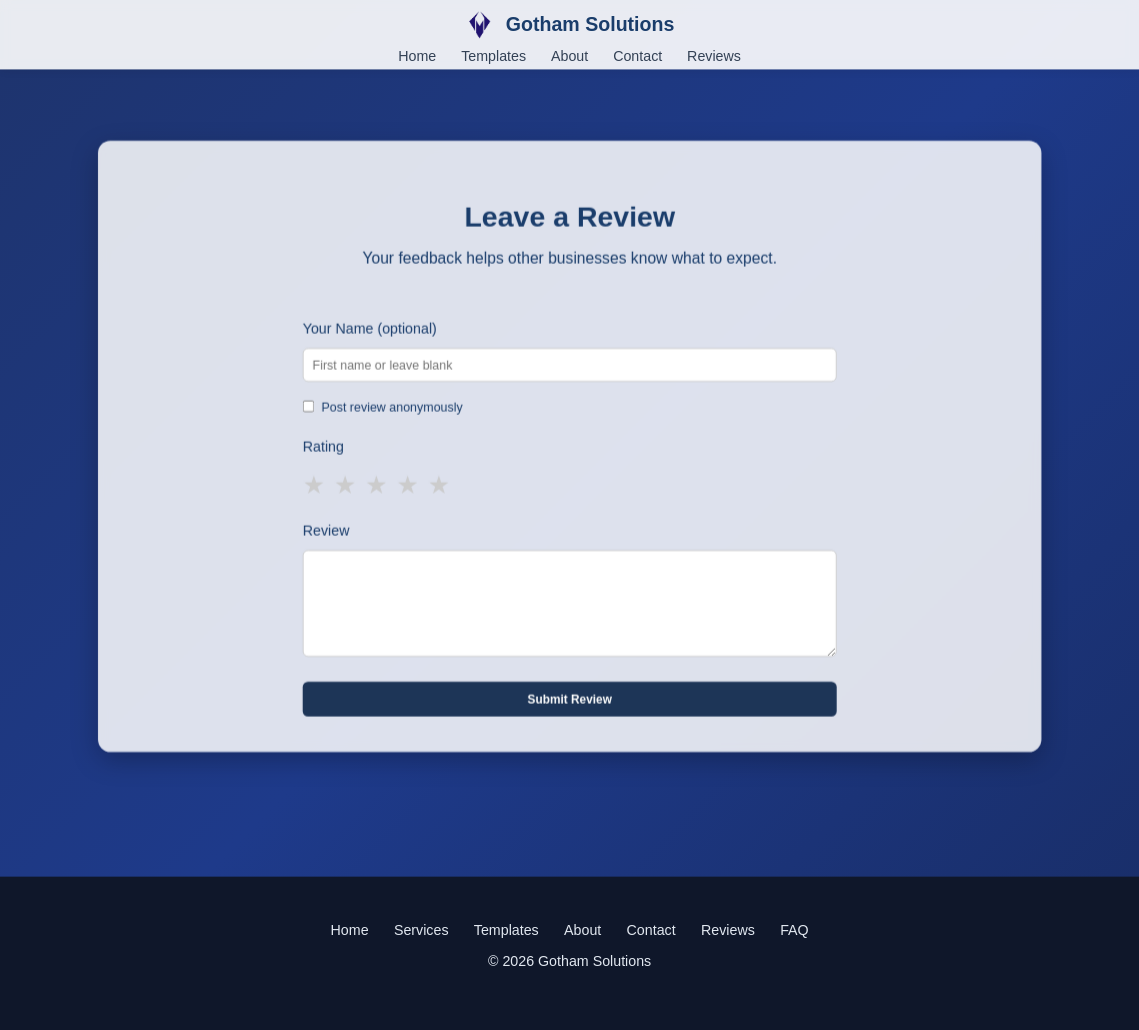
Repository: kmm569/gothamsolutions
Page: reviews/new/index.html
An editor plug-in stored every save of this project. The page is shown before and after the next save, followed by the edit.
The browser window is 1280 px wide. The pictures show the whole page, at 89% of full size.

Above is the page before, as saved 2026-03-13 14:46:42.
Console error: TypeError: Cannot set properties of null (setting 'innerText')

### reviews/new/index.html
<!doctype html>
<html lang="en">
	<head>
		<meta charset="UTF-8" />
		<title>Leave a Review | Gotham Solutions</title>
		<link rel="stylesheet" href="../../styles.css" />
		<link rel="icon" href="../../icons/favicon.ico" />
	</head>

	<body>
		<header>
			<div class="logo-container">
				<img
					href="/"
					src="../../LogoSolo.png"
					alt="Gotham Solutions Logo"
					class="logo"
				/>
				<h1>Gotham Solutions</h1>
			</div>

			<nav>
				<ul>
					<li><a href="/" class="nav-link">Home</a></li>
					<li><a href="/templates/" class="nav-link">Templates</a></li>
					<li><a href="/about/" class="nav-link">About</a></li>
					<li><a href="/contact/" class="nav-link">Contact</a></li>
					<li><a href="/reviews/" class="nav-link">Reviews</a></li>
				</ul>
			</nav>
		</header>

		<main>
			<div class="content-wrapper">
				<section class="hero">
					<h2>Leave a Review</h2>
					<p class="hero-text">
						Your feedback helps other businesses know what to expect.
					</p>
				</section>

				<p id="invoiceLabel"></p>

				<form class="review-form" id="reviewForm">
					<label>Your Name (optional)</label>
<input type="text" id="name" placeholder="First name or leave blank">
<label class="anon-option">
	<input type="checkbox" id="anonymous">
	Post review anonymously
</label>

					<label>Rating</label>

					<div class="star-rating" id="starRating">
						<span data-value="1">★</span>
						<span data-value="2">★</span>
						<span data-value="3">★</span>
						<span data-value="4">★</span>
						<span data-value="5">★</span>
					</div>

					<input type="hidden" id="rating" value="" />

					<label>Review</label>
					<textarea id="review" required></textarea>

					<button type="submit">Submit Review</button>
				</form>
			</div>
		</main>

		<footer>
	<div class="footer-inner">

		<nav class="footer-nav">
			<a href="/">Home</a>
			<a href="/services/">Services</a>
			<a href="/templates/">Templates</a>
			<a href="/about/">About</a>
			<a href="/contact/">Contact</a>
			<a href="/reviews/">Reviews</a>
			<a href="/faq/">FAQ</a>
		</nav>

		<p>&copy; 2026 Gotham Solutions</p>

	</div>
</footer>

		<script>
			const API =
				"https://script.google.com/macros/s/AKfycbwKmVo3ZUbQQKJZX6465AFCs7X93Y6zOUUWhPNcIFCREsZjv8862jFix98XCnKtpo5Diw/exec";

			const params = new URLSearchParams(window.location.search);
			const token = params.get("token");

			//document.getElementById("token").value = token;

			async function validateToken() {
				if (!token) {
					document.getElementById("status").innerText =
						"This review link is missing a token.";
					document.querySelector(".review-form").style.display = "none";
					return;
				}

				const res = await fetch(API + "?action=validate&token=" + token);
				const data = await res.json();

				if (!data.valid) {
					document.getElementById("status").innerText =
						"This review link is invalid or already used.";

					document.querySelector(".review-form").style.display = "none";
				} else {
					document.getElementById("status").innerText =
						"Submitting review for invoice " + data.invoice;
				}
			}

			validateToken();

			const form = document.querySelector(".review-form");

			form.addEventListener("submit", async function (e) {
				e.preventDefault();

				if (!ratingInput.value) {
	alert("Please select a rating.");
	return;
}
const nameInput = document.getElementById("name").value.trim();
const anonymous = document.getElementById("anonymous").checked;

let displayName = "Anonymous Client";

if(!anonymous && nameInput){
	displayName = nameInput;
}

				const payload = {
					token: token,
					name: displayName,
					rating: document.getElementById("rating").value,
					review: document.getElementById("review").value,
				};

				const response = await fetch(API, {
					method: "POST",
					body: new URLSearchParams(payload),
				});

				const text = await response.text();

				if (text === "success") {
					document.querySelector(".content-wrapper").innerHTML = `
			<h2>Thank you for your review!</h2>
			<p>Your feedback helps other businesses know what to expect.</p>
			<a class="button-primary" href="/reviews">View Reviews</a>
		`;
				} else {
					alert("Invalid or already-used review link.");
				}
			});

			/*const header = document.querySelector("header");

			let isShrunk = false;

			const shrinkPoint = 10;
			const expandPoint = 2;

			window.addEventListener("scroll", () => {
				const scroll = window.scrollY;

				if (!isShrunk && scroll > shrinkPoint) {
					header.classList.add("scrolled");
					isShrunk = true;
				}

				if (isShrunk && scroll < expandPoint) {
					header.classList.remove("scrolled");
					isShrunk = false;
				}
			});*/

			window.addEventListener("load", () => {
				if (window.scrollY > shrinkPoint) {
					header.classList.add("scrolled");
					isShrunk = true;
				}
			});

			const stars = document.querySelectorAll("#starRating span");
			const ratingInput = document.getElementById("rating");

			let currentRating = 0;

			function paintStars(rating) {
				stars.forEach((star) => {
					const value = Number(star.dataset.value);

					if (value <= rating) {
						star.classList.add("active");
					} else {
						star.classList.remove("active");
					}
				});
			}

			paintStars(currentRating);

			stars.forEach((star) => {
				star.addEventListener("mouseover", () => {
					paintStars(star.dataset.value);
				});

				star.addEventListener("mouseout", () => {
					paintStars(currentRating);
				});

				star.addEventListener("click", () => {
					currentRating = Number(star.dataset.value);
					ratingInput.value = currentRating;
					paintStars(currentRating);
				});
			});

			const anonCheckbox = document.getElementById("anonymous");
const nameField = document.getElementById("name");

anonCheckbox.addEventListener("change", () => {

	if(anonCheckbox.checked){

		nameField.disabled = true;
		nameField.value = "";
		nameField.placeholder = "Anonymous review";

	}else{

		nameField.disabled = false;
		nameField.placeholder = "First name or leave blank";

	}

});
		</script>
	</body>
</html>

### styles.css
*,
*::before,
*::after {
	box-sizing: border-box;
}

body {
	background: #ffffff;
	color: #1a3d6b;
	font-family: Arial, sans-serif;
	margin: 0;
	padding: 0;
	display: flex;
	flex-direction: column;
	min-height: 100vh;
}

header{
	position:sticky;
	top:0;
	z-index:100;

	display:flex;
	flex-direction:column;
	align-items:center;
	justify-content:center;

	height:78px;

	padding:6px 20px;

	background:rgba(255,255,255,0.9);
	backdrop-filter:blur(6px);

	box-shadow:0 2px 10px rgba(0,0,0,0.08);
}

.logo-container{
	display:flex;
	align-items:center;
	gap:12px;

	height:44px;
	overflow:hidden;

	transition:max-height .25s ease, opacity .2s ease, transform .25s ease;
}

/* compact header when scrolling
header.scrolled {
	padding: 10px 20px;
	box-shadow: 0 6px 18px rgba(0, 0, 0, 0.15);
}*/


header.scrolled .logo-container {
	max-height: 0;
	opacity: 0;
	transform: translateY(-10px);
}


@media (max-width: 600px) {
	header {
		padding: 16px 12px;
	}
}

header h1{
	font-size:22px;
	margin:0;
}

.logo{
	height:34px;
	width:auto;
}

nav ul{
	display:flex;
	gap:28px;
	list-style:none;
	padding:0;
	margin:4px 0 0 0;
}

.nav-link {
	text-decoration: none;

	color: #334155;
	font-weight: 500;

	position: relative;

	transition: color 0.2s ease;
}

.nav-link:hover {
	color: #2563eb;
}

.nav-link::after {
	content: "";

	position: absolute;
	left: 0;
	bottom: -4px;

	width: 0;
	height: 2px;

	background: #2563eb;

	transition: width 0.2s ease;
}

.nav-link:hover::after {
	width: 100%;
}

main {
	flex: 1;
	padding: 40px 20px;
	width: 100%;
	max-width: 1100px;
	margin: 0 auto;
}

/* HERO */

.hero {
	text-align: center;
	margin-bottom: 50px;
}

.hero h2 {
	font-size: 2em;
	margin-bottom: 15px;
}

.hero-text {
	max-width: 650px;
	margin: auto;
	font-size: 1.1em;
	line-height: 1.5;
}

.hero-sub {
	margin-top: 0.75rem;
	font-size: 0.95rem;
	color: #5a6b82;
}

@media (max-width: 600px) {
	.hero-text {
		max-width: 100%;
		padding: 0 6px;
	}
}

.hero-buttons {
	margin-top: 20px;
	display: flex;
	gap: 15px;
	justify-content: center;
	flex-wrap: wrap;
}

/* BUTTONS */

.button-primary {
	background: #1a3d6b;
	color: white;
	padding: 12px 24px;
	border-radius: 8px;
	text-decoration: none;
	font-weight: bold;
}

.button-secondary {
	background: #16a085;
	color: white;
	padding: 12px 24px;
	border-radius: 8px;
	text-decoration: none;
	font-weight: bold;
}

@media (max-width: 600px) {
	.button-primary,
	.button-secondary {
		padding: 10px 18px;
		font-size: 0.95em;
	}
}

/* SERVICES */

.services {
	margin-bottom: 50px;
	margin-top: 0;
	padding-top: 1rem;
}

.services h2 {
	text-align: center;
	margin-bottom: 25px;
}

.service-grid {
	display: grid;
	grid-template-columns: repeat(auto-fit, minmax(220px, 1fr));
	gap: 20px;
}

@media (max-width: 600px) {
	.service-grid {
		grid-template-columns: 1fr;
		gap: 18px;
	}
}

.service-card {
	background: #f5f5f5;
	padding: 20px;
	border-radius: 10px;
	box-shadow: 0 4px 10px rgba(0, 0, 0, 0.1);
}

/* PROCESS */

.process {
	margin-bottom: 20px;
}

.process h2 {
	text-align: center;
	margin-bottom: 25px;
}

.process-grid {
	display: grid;
	grid-template-columns: repeat(auto-fit, minmax(220px, 1fr));
	gap: 20px;
}

.process-step {
	background: #f5f5f5;
	padding: 20px;
	border-radius: 10px;
	box-shadow: 0 4px 10px rgba(0, 0, 0, 0.1);
}

/* CTA */

.cta {
	text-align: center;
	background: #f5f5f5;
	padding: 30px;
	border-radius: 10px;
	max-width: 700px;
	margin: 0 auto;
}

.cta p {
	max-width: 600px;
	margin: 10px auto 20px auto;
}

/* FORM */

.contact-section {
	max-width: 900px;
	margin: 60px auto;
	padding: 0 20px;
}

.form-card {
	background: #f5f5f5;
	padding: 30px;
	border-radius: 10px;
	box-shadow: 0 6px 14px rgba(0, 0, 0, 0.15);

	width: 100%;
	max-width: 900px;

	margin: 0 auto;
}

.form-card form {
	width: 100%;
}

form {
	display: flex;
	flex-direction: column;
	gap: 14px;
}

input,
select,
textarea {
	width: 100%;
	padding: 14px;
	font-size: 15px;
}

.submit-button {
	margin-top: 10px;
	padding: 12px;
	border: none;
	background: #1a3d6b;
	color: white;
	font-weight: bold;
	border-radius: 8px;
	cursor: pointer;
}

.submit-button:hover {
	background: #163457;
}

input,
select,
textarea {
	width: 100%;
	padding: 12px;
	border-radius: 6px;
	border: 1px solid #ccc;
	font-size: 14px;
	box-sizing: border-box;
}

/* WHY SECTION */

.why-section {
	margin: 50px 0;
	background: #f5f5f5;
	padding: 30px;
	border-radius: 10px;
	box-shadow: 0 4px 10px rgba(0, 0, 0, 0.1);
}

.why-section h2 {
	text-align: center;
	margin-bottom: 10px;
}

.why-section > p {
	text-align: center;
	max-width: 650px;
	margin: 0 auto 25px auto;
}

footer {
	background: #e0e0e0;
	padding: 12px;
	text-align: center;
}

/* WHY GOTHAM SOLUTIONS LIST */

.about-points {
	list-style: none;
	padding: 0;
	margin-top: 20px;

	display: flex;
	flex-direction: column;
	gap: 18px;
}

.about-points li {
	position: relative;
	padding-left: 34px;
	line-height: 1.5;
}

.about-points li::before {
	content: "";

	position: absolute;
	left: 0;
	top: 3px;

	width: 16px;
	height: 16px;

	background-color: #2c3e50;

	mask: url("/icons/target.svg") no-repeat center;
	mask-size: contain;

	-webkit-mask: url("/icons/target.svg") no-repeat center;
	-webkit-mask-size: contain;
}

body {
	background: linear-gradient(-45deg, #0f172a, #1e3a8a, #1e293b, #2563eb);

	background-size: 400% 400%;
	animation: gradientShift 15s ease infinite;

	min-height: 100vh;
}

@keyframes gradientShift {
	0% {
		background-position: 0% 50%;
	}
	50% {
		background-position: 100% 50%;
	}
	100% {
		background-position: 0% 50%;
	}
}

.content-wrapper {
	max-width: 1100px;
	margin: 40px auto;
	padding: 40px;

	background: rgba(255, 255, 255, 0.85);

	border-radius: 14px;

	box-shadow: 0 10px 30px rgba(0, 0, 0, 0.25);

	backdrop-filter: blur(6px);
}

.service-card,
.process-step {
	background: #ffffff;
	border-radius: 12px;

	padding: 24px;

	box-shadow: 0 6px 18px rgba(0, 0, 0, 0.08);

	transition:
		transform 0.2s ease,
		box-shadow 0.2s ease;
}

.service-card:hover,
.process-step:hover {
	transform: translateY(-6px);

	box-shadow: 0 14px 32px rgba(0, 0, 0, 0.15);
}

.service-card::before,
.process-step::before {
	content: "";
	display: block;

	height: 4px;
	width: 40px;

	background: #2563eb;

	border-radius: 4px;

	margin-bottom: 12px;
}

.templates-grid {
	display: grid;
	grid-template-columns: repeat(auto-fit, minmax(260px, 1fr));
	gap: 24px;
	margin-top: 30px;
}

.template-card {
	background: #ffffff;
	border-radius: 12px;
	padding: 24px;

	box-shadow: 0 6px 18px rgba(0, 0, 0, 0.08);

	display: flex;
	flex-direction: column;
	gap: 12px;

	transition:
		transform 0.2s ease,
		box-shadow 0.2s ease;
}

.template-card:hover {
	transform: translateY(-6px);
	box-shadow: 0 14px 32px rgba(0, 0, 0, 0.15);
}

.template-preview {
	width: 100%;
	max-height: 420px;

	object-fit: cover;

	border-radius: 10px;
	margin-bottom: 16px;

	box-shadow: 0 8px 20px rgba(0, 0, 0, 0.18);
}

.template-gallery {
	display: flex;
	gap: 12px;
	margin-bottom: 18px;
	flex-wrap: wrap;
}

.template-gallery img {
	width: 90px;
	height: 65px;

	object-fit: cover;

	border-radius: 6px;
	cursor: pointer;

	transition:
		transform 0.15s ease,
		box-shadow 0.15s ease;
}

.template-gallery img:hover {
	transform: scale(1.05);
	box-shadow: 0 6px 12px rgba(0, 0, 0, 0.15);
}

.template-card .button-primary {
	width: 100%;
	text-align: center;
}

.review-grid{
	display:grid;
	grid-template-columns:repeat(auto-fit,minmax(260px,1fr));
	gap:24px;
	margin-top:32px;
}

.review-card{
	background:#fff;
	padding:24px;
	border-radius:10px;
	box-shadow:0 4px 12px rgba(0,0,0,0.08);
}

.review-card p{
	margin:10px 0;
}

.stars{
	color:#f5b301;
	font-size:18px;
}

.review-average{
	font-size:20px;
	margin-bottom:20px;
}

.review-form{
	max-width:600px;
	margin-top:24px;
	display:flex;
	flex-direction:column;
	gap:12px;
}

.review-form label{
	margin-top:8px;
}

.review-form input,
.review-form textarea,
.review-form select{
	padding:10px;
	border:1px solid #ccc;
	border-radius:6px;
	font-size:14px;
}

.review-form textarea{
	min-height:120px;
	resize:vertical;
}

.review-form button{
	margin-top:16px;
	padding:12px;
	background:#1d3557;
	color:white;
	border:none;
	border-radius:6px;
	cursor:pointer;
	font-weight:600;
}

.review-form button:hover{
	background:#274777;
}

.review-form{
	max-width:600px;
	margin:24px auto 0 auto;
	display:flex;
	flex-direction:column;
	gap:12px;
}

.review-card strong{
	display:block;
	margin-top:8px;
	color:#1a3d6b;
}

.review-empty{
	text-align:center;
	max-width:520px;
	margin:60px auto 40px auto;
}

.review-empty h3{
	margin:10px 0 8px 0;
}

.review-empty p{
	margin-bottom:14px;
		color:#475569;
	line-height:1.5;
}

.review-empty .stars{
	font-size:28px;
	margin-bottom:12px;
}

.star-rating{
	color:#ccc;
	cursor:pointer;
	user-select:none;
	font-size:28px;

	display:flex;
	align-items:center;
	gap:4px;

	margin:6px 0 6px 0;
}

.star-rating span{
	margin-right:6px;
	transition:color .15s ease;
}

.star-rating span.active{
	color:#f5b301;
}

.star-rating span:hover{
	color:#f5b301;
	transform:scale(1.1);
}

.anon-option{
	display:flex;
	align-items:center;
	gap:8px;
	font-size:14px;
	margin-top:6px;
	margin:4px 0 8px 0;
}

.anon-option input{
	width:auto;
	margin:0;
}

.review-form input:disabled{
	background:#f2f2f2;
	color:#777;
	cursor:not-allowed;
}

.footer-nav {
	margin-bottom: 0.75rem;
}

.footer-nav a {
	margin: 0 0.75rem;
	color: inherit;
	text-decoration: none;
	font-weight: 500;
}

.footer-nav a:hover {
	text-decoration: underline;
}

footer {
	background: #0f172a;
	color: #e2e8f0;
	margin-top: 60px;
}

.footer-inner {
	max-width: 1100px;
	margin: auto;
	padding: 40px 20px;
}

.footer-grid {
	display: grid;
	grid-template-columns: repeat(auto-fit, minmax(200px, 1fr));
	gap: 32px;
}

.footer-brand h3 {
	margin-bottom: 10px;
}

.footer-brand p {
	color: #94a3b8;
	line-height: 1.6;
}

.footer-links h4,
.footer-contact h4 {
	margin-bottom: 10px;
}

.footer-links nav {
	display: flex;
	flex-direction: column;
	gap: 6px;
}

.footer-links a,
.footer-contact a {
	color: #cbd5f5;
	text-decoration: none;
}

.footer-links a:hover,
.footer-contact a:hover {
	text-decoration: underline;
}

.footer-bottom {
	margin-top: 30px;
	padding-top: 20px;
	border-top: 1px solid #334155;
	text-align: center;
	font-size: 0.9rem;
	color: #94a3b8;
}

.review-loading,
.review-error {
	text-align: center;
	max-width: 520px;
	margin: 32px auto 16px auto;
	padding: 32px 24px;
	background: #fff;
	border-radius: 12px;
	box-shadow: 0 4px 12px rgba(0, 0, 0, 0.08);
}

.review-loading h3,
.review-error h3 {
	margin: 12px 0 8px 0;
}

.review-loading p,
.review-error p {
	margin: 0;
	color: #475569;
	line-height: 1.5;
}

.review-loading-spinner {
	width: 40px;
	height: 40px;
	margin: 0 auto 12px auto;
	border: 4px solid #dbe4f0;
	border-top-color: #1d3557;
	border-radius: 50%;
	animation: reviewSpin 0.8s linear infinite;
}

@keyframes reviewSpin {
	from {
		transform: rotate(0deg);
	}
	to {
		transform: rotate(360deg);
	}
}

.review-readmore {
	background: none;
	border: none;
	color: #1d3557;
	font-weight: 600;
	cursor: pointer;
	margin-top: 6px;
	padding: 0;
	font-size: 0.9rem;
}

.review-readmore:hover {
	text-decoration: underline;
}

After the next save:
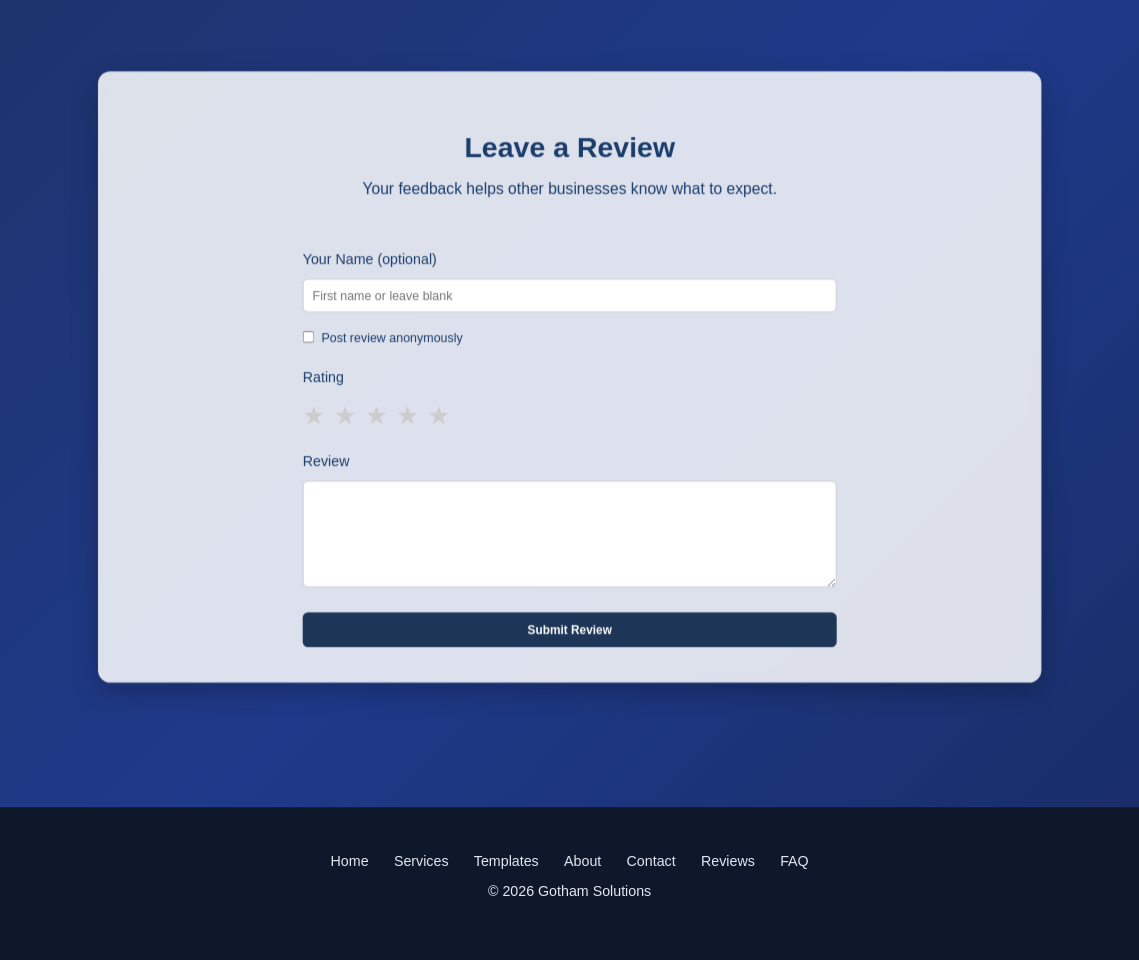
Saved 9 s later.
--- a/reviews/new/index.html
+++ b/reviews/new/index.html
@@ -8,27 +8,7 @@
 	</head>
 
 	<body>
-		<header>
-			<div class="logo-container">
-				<img
-					href="/"
-					src="../../LogoSolo.png"
-					alt="Gotham Solutions Logo"
-					class="logo"
-				/>
-				<h1>Gotham Solutions</h1>
-			</div>
-
-			<nav>
-				<ul>
-					<li><a href="/" class="nav-link">Home</a></li>
-					<li><a href="/templates/" class="nav-link">Templates</a></li>
-					<li><a href="/about/" class="nav-link">About</a></li>
-					<li><a href="/contact/" class="nav-link">Contact</a></li>
-					<li><a href="/reviews/" class="nav-link">Reviews</a></li>
-				</ul>
-			</nav>
-		</header>
+		<div id="site-header"></div>
 
 		<main>
 			<div class="content-wrapper">
